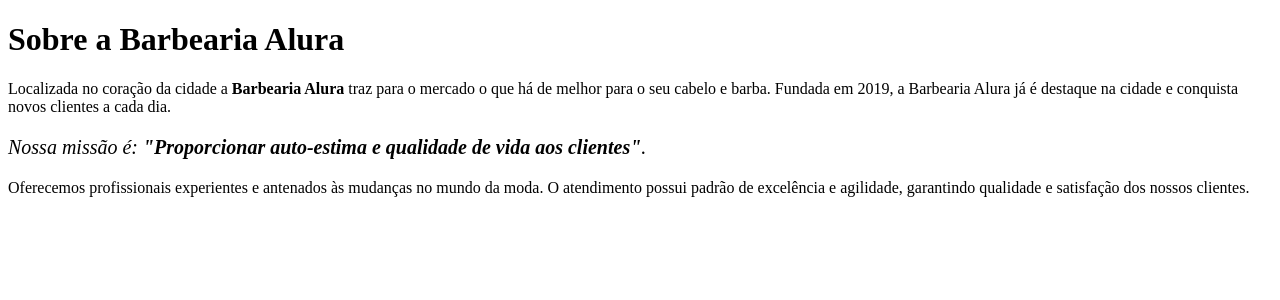
Repository: RenatoCCS/Barbearia_Alura
Page: index.html
The author's editor kept a copy of each file at every save. The page is drawn from the files as they stood at one save, then again after the next save.
The browser window is 1280 px wide. The pictures show the whole page.

Above is the page before, as saved 2022-10-17 19:56:59.

### index.html
<!DOCTYPE html>

<html lang="pt-br">
  <head>
    <meta charset="UTF-8" />
    <title>Barbearia Alura</title>
  </head>

  <body>
    <h1 style="">Sobre a Barbearia Alura</h1>

    <p>
      Localizada no coração da cidade a <strong>Barbearia Alura</strong> traz
      para o mercado o que há de melhor para o seu cabelo e barba. Fundada em
      2019, a Barbearia Alura já é destaque na cidade e conquista novos clientes
      a cada dia.
    </p>

    <p style="font-size: 20px">
      <em>
        Nossa missão é:
        <strong
          >"Proporcionar auto-estima e qualidade de vida aos clientes"</strong
        >.
      </em>
    </p>

    <p>
      Oferecemos profissionais experientes e antenados às mudanças no mundo da
      moda. O atendimento possui padrão de excelência e agilidade, garantindo
      qualidade e satisfação dos nossos clientes.
    </p>
  </body>
</html>

After the next save:
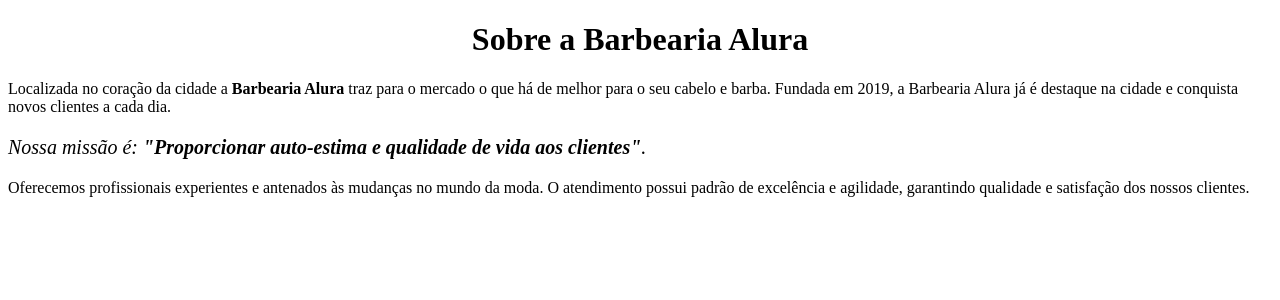
Saved 14 s later.
--- a/index.html
+++ b/index.html
@@ -7,7 +7,7 @@
   </head>
 
   <body>
-    <h1 style="">Sobre a Barbearia Alura</h1>
+    <h1 style="text-align: center">Sobre a Barbearia Alura</h1>
 
     <p>
       Localizada no coração da cidade a <strong>Barbearia Alura</strong> traz
